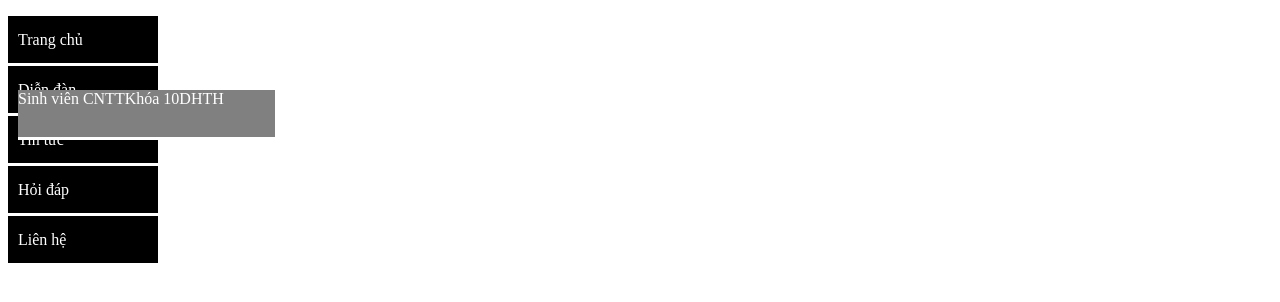
Repository: Tan-Khang21/TH_TKW--Buoi_08
Page: Bai_Tap_Tren_Lop/Bai_02_main/Bai_02_main.html
These files come from the project's save history. The page is drawn as it stood at one moment and after the next save; the edit follows.
The browser window is 1280 px wide. The pictures show the whole page.

Above is the page before, as saved 2024-03-13 16:10:10.

### Bai_Tap_Tren_Lop/Bai_02_main/Bai_02_main.html
<!DOCTYPE html>
<html lang="en">
  <head>
    <meta charset="UTF-8" />
    <meta name="viewport" content="width=device-width, initial-scale=1.0" />
    <title>Document</title>
  </head>
  <link rel="stylesheet" href="style.css" />
  <body>
    <nav>
      <ul class="list1">
        <li class="list1_item"><a href="#">Trang chủ</a></li>
        <li style="display: flex" class="list1_item">
          <a href="#">Diễn đàn</a>
          <ul style="display: flex; flex-direction: column" class="list2">
            <li class="list2_item"><a href="#">Sinh viên Hufi</a></li>
            <li style="display: flex" class="list2_item">
              <a href="#"> Sinh viên CNTT</a>
              <ul style="display: flex; flex-direction: column" class="list3">
                <li class="list3_item"><a href="#">Khóa 09DHTH</a></li>
                <li class="list3_item"><a href="#">Khóa 10DHTH</a></li>
              </ul>
            </li>
          </ul>
        </li>
        <li style="display: flex" class="list1_item">
          <a href="#"> Tin tức</a>
          <!-- <ul style="display: flex; flex-direction: column" class="list2">
            <li class="list2_item"><a href="#">Học vụ</a></li>
            <li class="list2_item"><a href="#">Điểm rèn luyện</a></li>
            <li class="list2_item"><a href="#">Đoàn thể</a></li>
            <li class="list2_item"><a href="#">Sinh hoạt ngoại khóa</a></li>
          </ul> -->
        </li>
        <li class="list1_item">
          <a href="#"> Hỏi đáp</a>
        </li>

        <li class="list1_item">
          <a href="#">Liên hệ</a>
        </li>
      </ul>
    </nav>
  </body>
</html>

### Bai_Tap_Tren_Lop/Bai_02_main/style.css
* {
  box-sizing: border-box;
}
ul {
  padding: 0;
  list-style: none;
}
/* .list1 {
  width: 150px;
  height: 250px;
} */
.list1_item {
  background-color: black;
  width: 150px;
  height: 50px;
  padding: 10px;
  border-bottom: 3px solid #fff;
  display: flex;
  align-items: center;
}
.list2_item,
.list3_item {
  width: 150px;
  height: 50px;
  background-color: #808080;
  color: white;
  border-bottom: 3px solid #fff;
  position: absolute;
}
a {
  color: white;
  text-decoration: none;
}
.list2 {
  position: absolute;
}

After the next save:
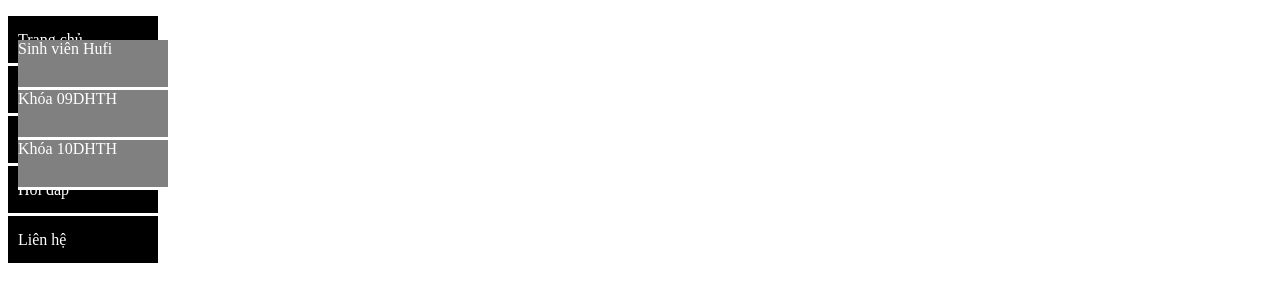
Saved 38 s later.
--- a/Bai_Tap_Tren_Lop/Bai_02_main/style.css
+++ b/Bai_Tap_Tren_Lop/Bai_02_main/style.css
@@ -25,6 +25,9 @@
   background-color: #808080;
   color: white;
   border-bottom: 3px solid #fff;
+}
+.list2,
+.list3 {
   position: absolute;
 }
 a {
